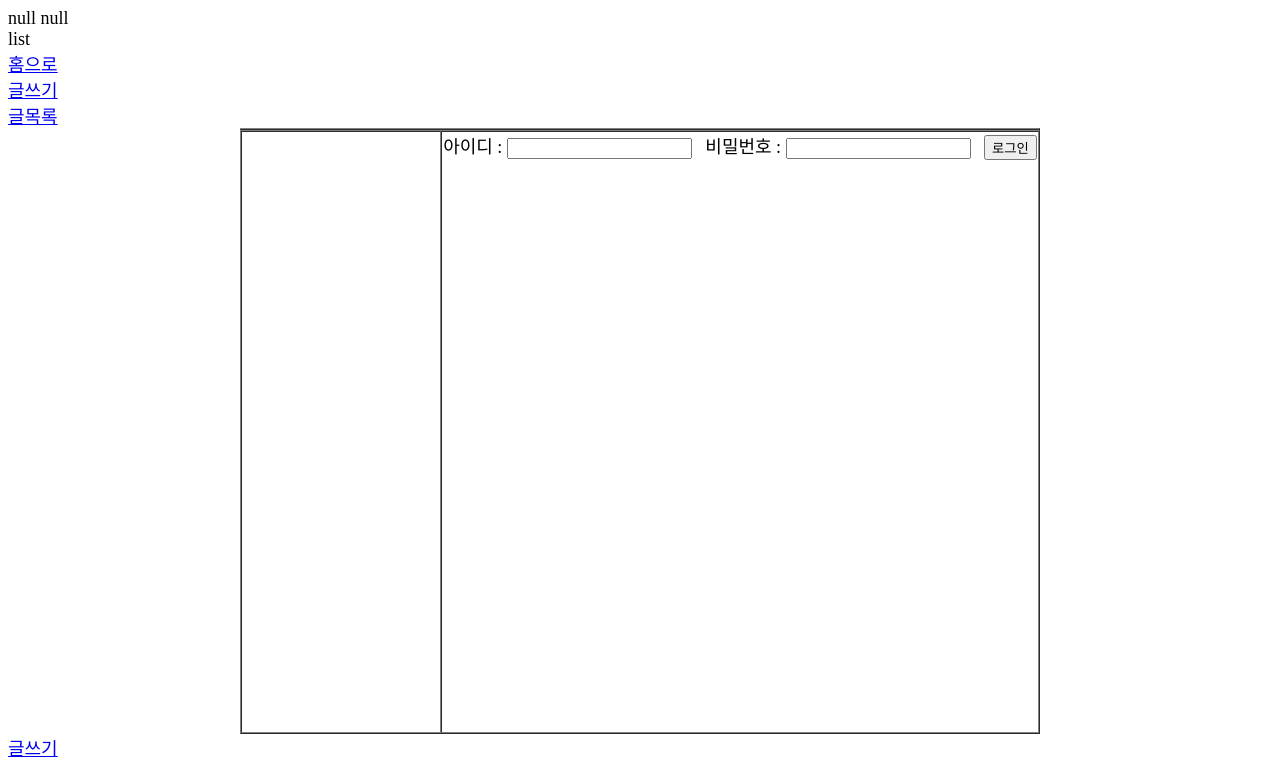
Repository: SniperDitto/save
Page: http://localhost/Boards0425/02_client/04_boards/list.jsp
These files come from the project's save history. The page is drawn as it stood at one moment and after the next save; the edit follows.
The browser window is 1280 px wide. The pictures show the whole page.
The page is served by Tomcat 9.

Above is the page before, as saved 2022-05-11 08:15:34.
Console error: ReferenceError: getHMenuList is not defined

After the next save:
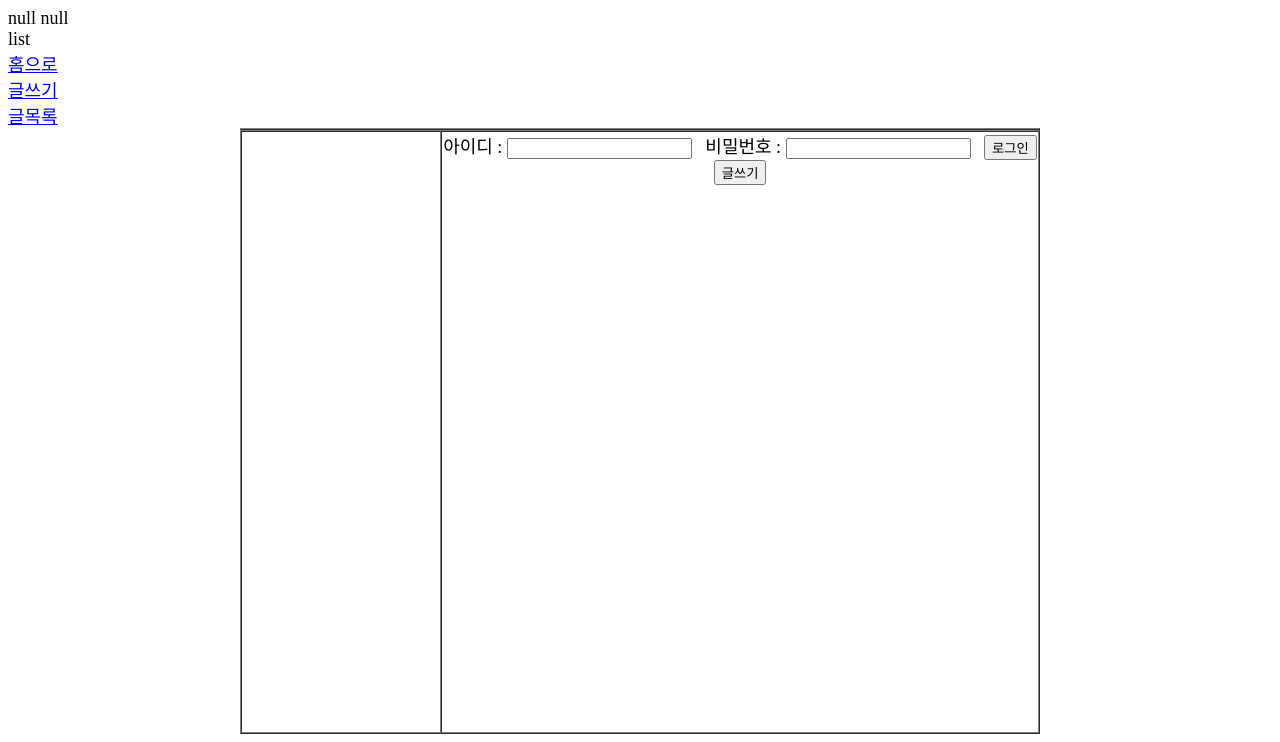
Saved 3 min 37 s later.
--- a/2022JAVA_YSH 1/JAVA/Web/Boards0425/WebContent/02_client/04_boards/list.jsp
+++ b/2022JAVA_YSH 1/JAVA/Web/Boards0425/WebContent/02_client/04_boards/list.jsp
@@ -73,12 +73,14 @@ var init = function(){
 			<div id="boards">
 
 			</div>
+			<div>
+				<input type="button" value="글쓰기"/>
+			</div>
 			<!-- 내용끝 -->
 		</td>
 	</tr>
 </table>
 </div>
 <!-- 하단메뉴테이블끝 -->
-	<a href="./write.jsp">글쓰기</a>
 </body>
 </html>
